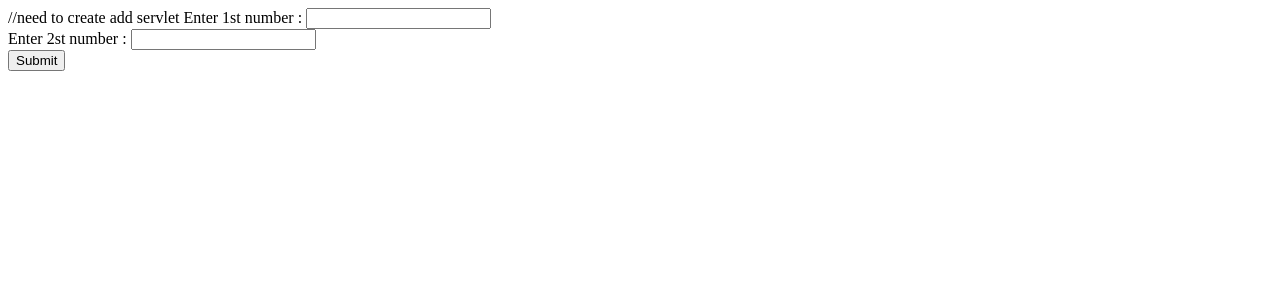
Repository: PriyankaGundawar/Servlets-examples
Page: ServletsDemo/ServletDemo/src/main/webapp/Demo1.html
These files come from the project's save history. The page is drawn as it stood at one moment and after the next save; the edit follows.
The browser window is 1280 px wide. The pictures show the whole page.

Above is the page before, as saved 2023-04-06 21:29:40.

### ServletsDemo/ServletDemo/src/main/webapp/Demo1.html
<!DOCTYPE html>
<html>
<body>

<form action="add"> //need to create add servlet

Enter 1st number : <input type="text" name="num1"><br>
Enter 2st number : <input type="text" name="num2"><br>
<input type="Submit">
</form>

</body>
</html>

After the next save:
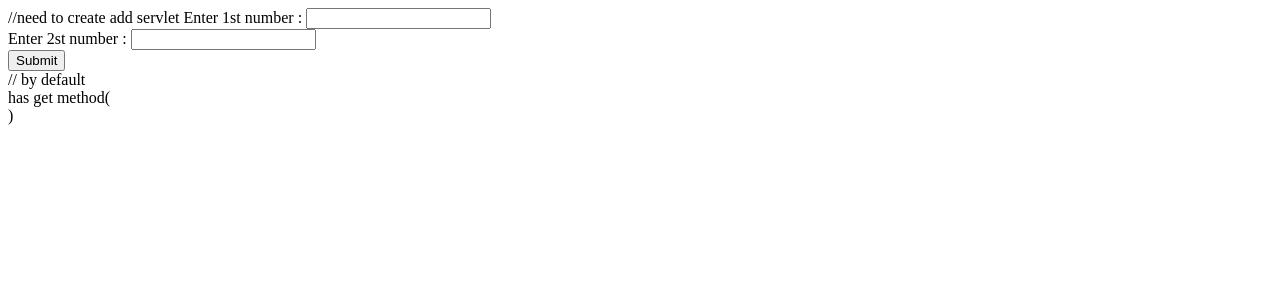
Saved 37 min 3 s later.
--- a/ServletsDemo/ServletDemo/src/main/webapp/Demo1.html
+++ b/ServletsDemo/ServletDemo/src/main/webapp/Demo1.html
@@ -11,3 +11,5 @@ Enter 2st number : <input type="text" name="num2"><br>
 
 </body>
 </html>
+
+// by default <form action="add">  has get method(<form action="add" method="get""></form>)
